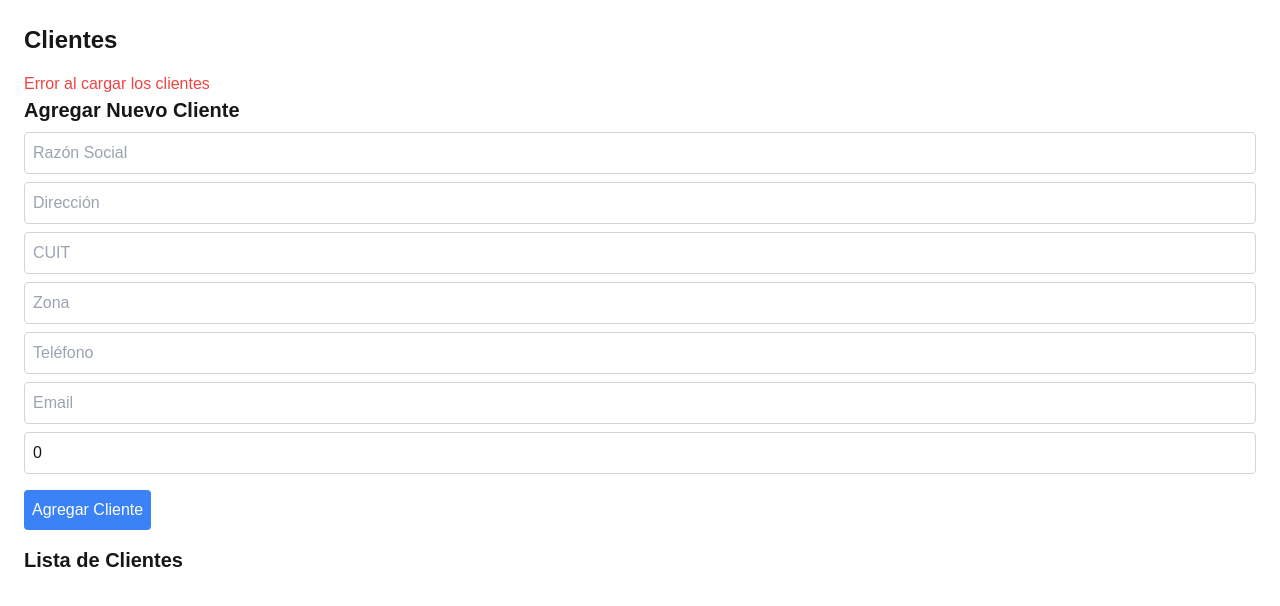
Repository: manucavallera/Sistema-Gestion
Page: /clientes
These files come from the project's save history. The page is drawn as it stood at one moment and after the next save; the edit follows.
The browser window is 1280 px wide. The pictures show the whole page.
The page's requests for data from a server got no answer. The project was rebuilt for these pictures with package versions that can differ from the ones it lists, and the page was loaded fresh each time. The framework's server and built-in components were replaced by stand-ins that run in the browser. No one was signed in, and anything a server would have sent is missing. Also part of the build but not shown: next.config.mjs.

Above is the page before, as saved 2024-11-12 17:49:07.

After the next save:
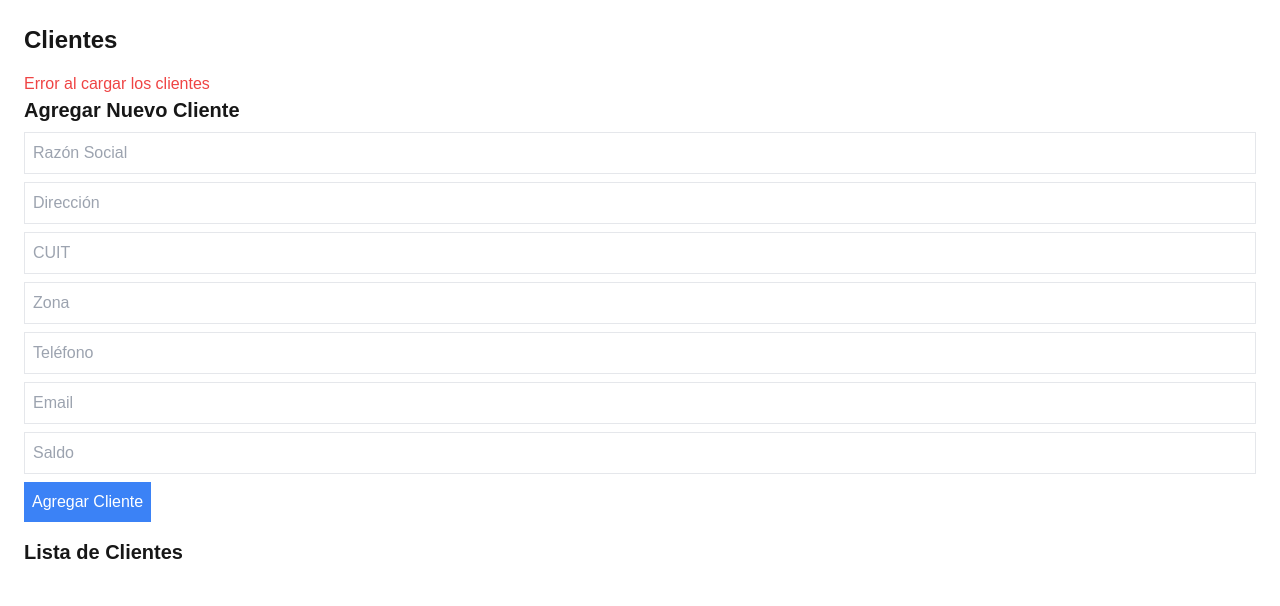
Saved 14 min 29 s later.
--- a/src/app/clientes/page.tsx
+++ b/src/app/clientes/page.tsx
@@ -1,7 +1,7 @@
 "use client"; // Asegúrate de que este es el primer código en el archivo
 
 import { useEffect, useState } from "react";
-import { useRouter } from "next/navigation";
+import { useRouter } from "next/router";
 
 interface Cliente {
   id: number;
@@ -22,7 +22,6 @@ const ClientesPage = () => {
   const [error, setError] = useState<string | null>(null);
   const router = useRouter();
 
-  // Función para obtener la lista de clientes
   const fetchClientes = async () => {
     try {
       const response = await fetch("/api/clientes");
@@ -37,12 +36,10 @@ const ClientesPage = () => {
     }
   };
 
-  // Efecto para cargar los clientes al montar el componente
   useEffect(() => {
     fetchClientes();
   }, []);
 
-  // Función para manejar el envío del formulario
   const handleSubmit = async (e: React.FormEvent) => {
     e.preventDefault();
     setError(null);
@@ -67,10 +64,11 @@ const ClientesPage = () => {
       }
 
       const clienteGuardado = await response.json();
+
+      // Asegúrate de que clienteGuardado contenga todos los campos necesarios
       if (method === "POST") {
         setClientes([...clientes, clienteGuardado]); // Agregar el nuevo cliente a la lista
       } else {
-        // Actualizar el cliente existente en la lista
         setClientes(
           clientes.map((cliente) =>
             cliente.id === clienteGuardado.id ? clienteGuardado : cliente
@@ -85,7 +83,6 @@ const ClientesPage = () => {
     }
   };
 
-  // Función para eliminar un cliente
   const eliminarCliente = async (id: number) => {
     if (confirm("¿Estás seguro de que deseas eliminar este cliente?")) {
       try {
@@ -106,7 +103,6 @@ const ClientesPage = () => {
     }
   };
 
-  // Función para editar un cliente
   const editarCliente = (cliente: Cliente) => {
     setClienteActual(cliente);
   };
@@ -128,7 +124,7 @@ const ClientesPage = () => {
             setClienteActual({ ...clienteActual, razonSocial: e.target.value })
           }
           required
-          className='border border-gray-300 p-2 rounded mb-2 w-full'
+          className='border p-2 mb-2 w-full'
         />
         <input
           type='text'
@@ -138,7 +134,7 @@ const ClientesPage = () => {
             setClienteActual({ ...clienteActual, direccion: e.target.value })
           }
           required
-          className='border border-gray-300 p-2 rounded mb-2 w-full'
+          className='border p-2 mb-2 w-full'
         />
         <input
           type='text'
@@ -148,7 +144,7 @@ const ClientesPage = () => {
             setClienteActual({ ...clienteActual, cuit: e.target.value })
           }
           required
-          className='border border-gray-300 p-2 rounded mb-2 w-full'
+          className='border p-2 mb-2 w-full'
         />
         <input
           type='text'
@@ -158,7 +154,7 @@ const ClientesPage = () => {
             setClienteActual({ ...clienteActual, zona: e.target.value })
           }
           required
-          className='border border-gray-300 p-2 rounded mb-2 w-full'
+          className='border p-2 mb-2 w-full'
         />
         <input
           type='text'
@@ -167,7 +163,7 @@ const ClientesPage = () => {
           onChange={(e) =>
             setClienteActual({ ...clienteActual, telefono: e.target.value })
           }
-          className='border border-gray-300 p-2 rounded mb-2 w-full'
+          className='border p-2 mb-2 w-full'
         />
         <input
           type='email'
@@ -176,12 +172,12 @@ const ClientesPage = () => {
           onChange={(e) =>
             setClienteActual({ ...clienteActual, email: e.target.value })
           }
-          className='border border-gray-300 p-2 rounded mb-2 w-full'
+          className='border p-2 mb-2 w-full'
         />
         <input
           type='number'
           placeholder='Saldo'
-          value={clienteActual?.saldo || 0}
+          value={clienteActual?.saldo || ""}
           onChange={(e) =>
             setClienteActual({
               ...clienteActual,
@@ -189,33 +185,34 @@ const ClientesPage = () => {
             })
           }
           required
-          className='border border-gray-300 p-2 rounded mb-4 w-full'
-        />
-        <button type='submit' className='bg-blue-500 text-white p-2 rounded'>
+          className='border p-2 mb-2 w-full'
+        />
+        <button type='submit' className='bg-blue-500 text-white p-2'>
           {clienteActual ? "Actualizar Cliente" : "Agregar Cliente"}
         </button>
       </form>
 
       <h2 className='text-xl font-semibold mb-2'>Lista de Clientes</h2>
-      <ul className='list-disc pl-5'>
+      <ul>
         {clientes.map((cliente) => (
           <li
             key={cliente.id}
             className='flex justify-between items-center mb-2'
           >
-            <span>
-              {cliente.razonSocial} - {cliente.direccion}
-            </span>
+            <div>
+              <strong>{cliente.razonSocial}</strong> - {cliente.cuit} -{" "}
+              {cliente.zona}
+            </div>
             <div>
               <button
                 onClick={() => editarCliente(cliente)}
-                className='bg-yellow-500 text-white p-1 rounded mr-2'
+                className='bg-yellow-500 text-white p-1 mr-2'
               >
                 Editar
               </button>
               <button
                 onClick={() => eliminarCliente(cliente.id)}
-                className='bg-red-500 text-white p-1 rounded'
+                className='bg-red-500 text-white p-1'
               >
                 Eliminar
               </button>
